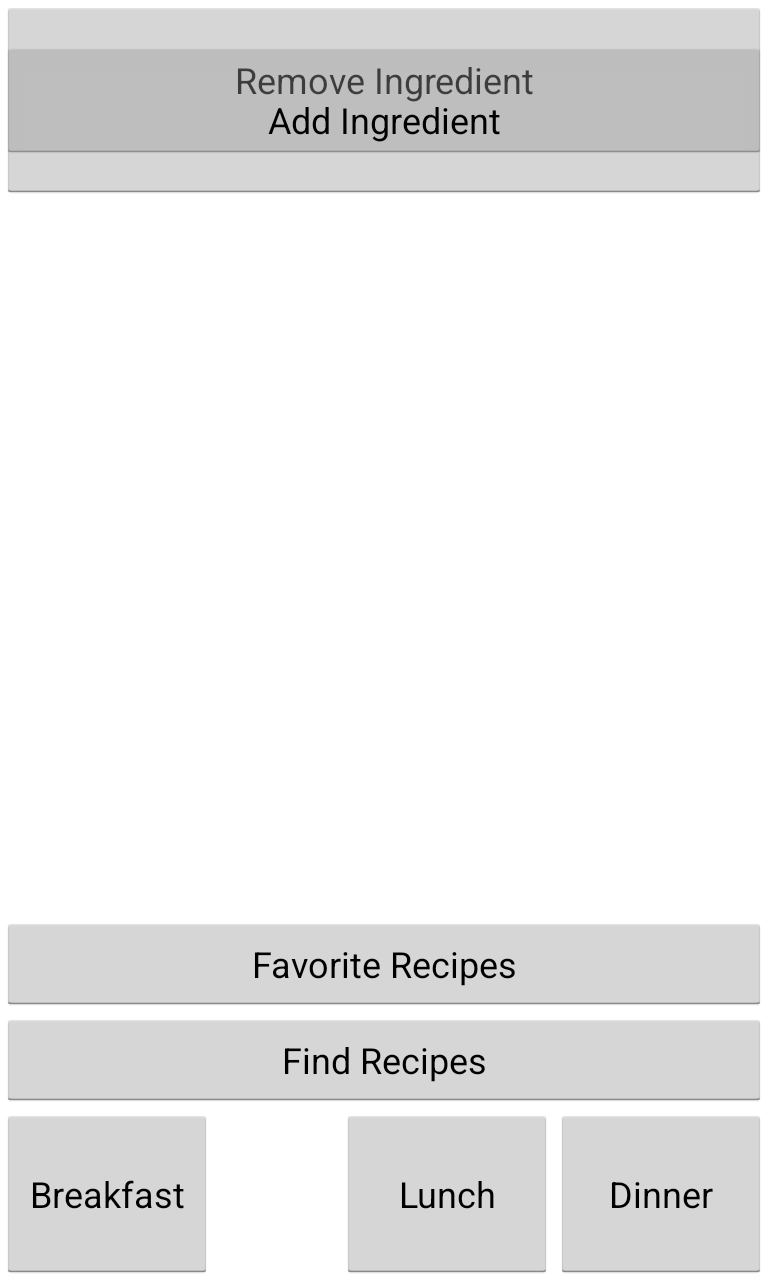
Repository: jmwood22/Boyardroid
Layout: Boyardroid/res/layout/activity_fridge.xml
These files come from the project's save history. The layout is drawn as it stood at one moment and after the next save; the edit follows.
It is drawn on a 768 x 1280 px phone screen (xhdpi) without system bars, with theme AppTheme; the app's code is not run.

Above is the layout before, as saved 2013-02-20 10:59:50.

After the next save:
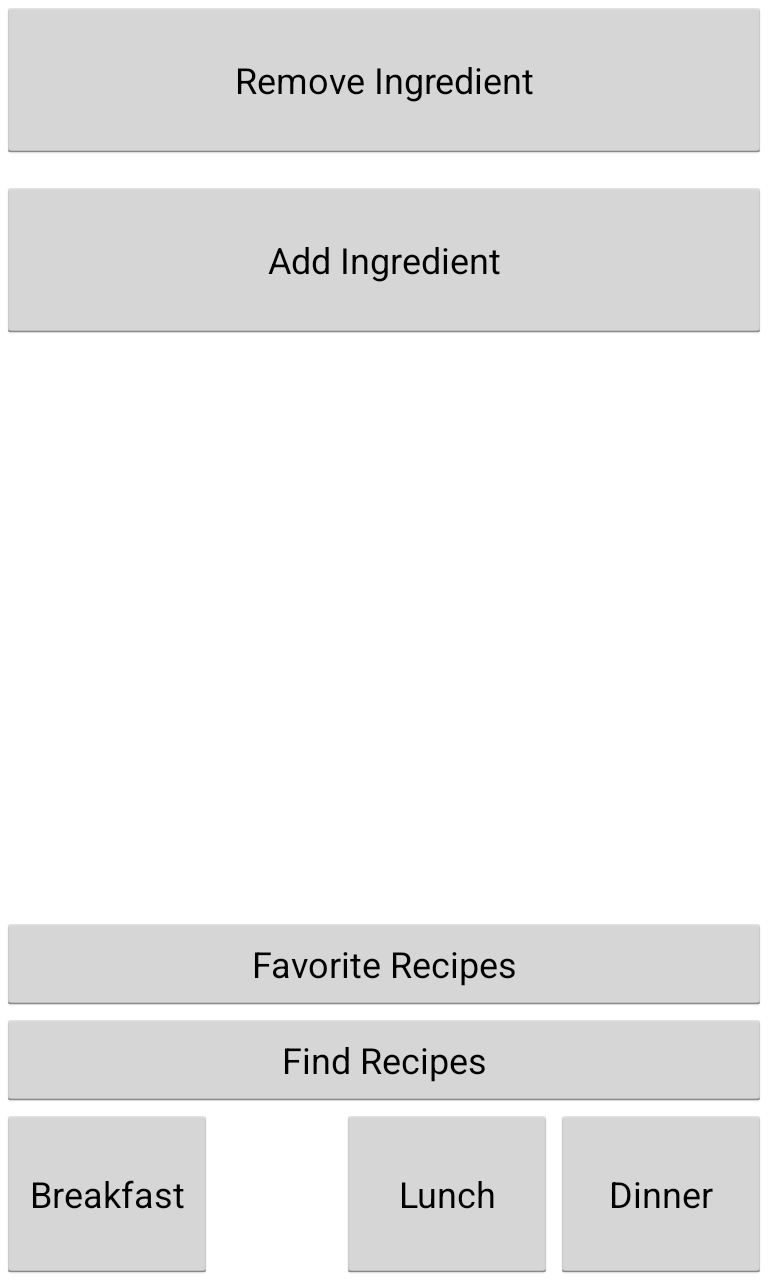
Saved 32 s later.
--- a/Boyardroid/res/layout/activity_fridge.xml
+++ b/Boyardroid/res/layout/activity_fridge.xml
@@ -65,8 +65,10 @@
         android:layout_height="80dp"
         android:layout_alignParentLeft="true"
         android:layout_alignParentTop="true"
-        android:layout_marginTop="20dp"
+        android:layout_marginTop="90dp"
         android:onClick="addIngre"
         android:text="@string/addIngredient_button" />
 
+
+
 </RelativeLayout>
